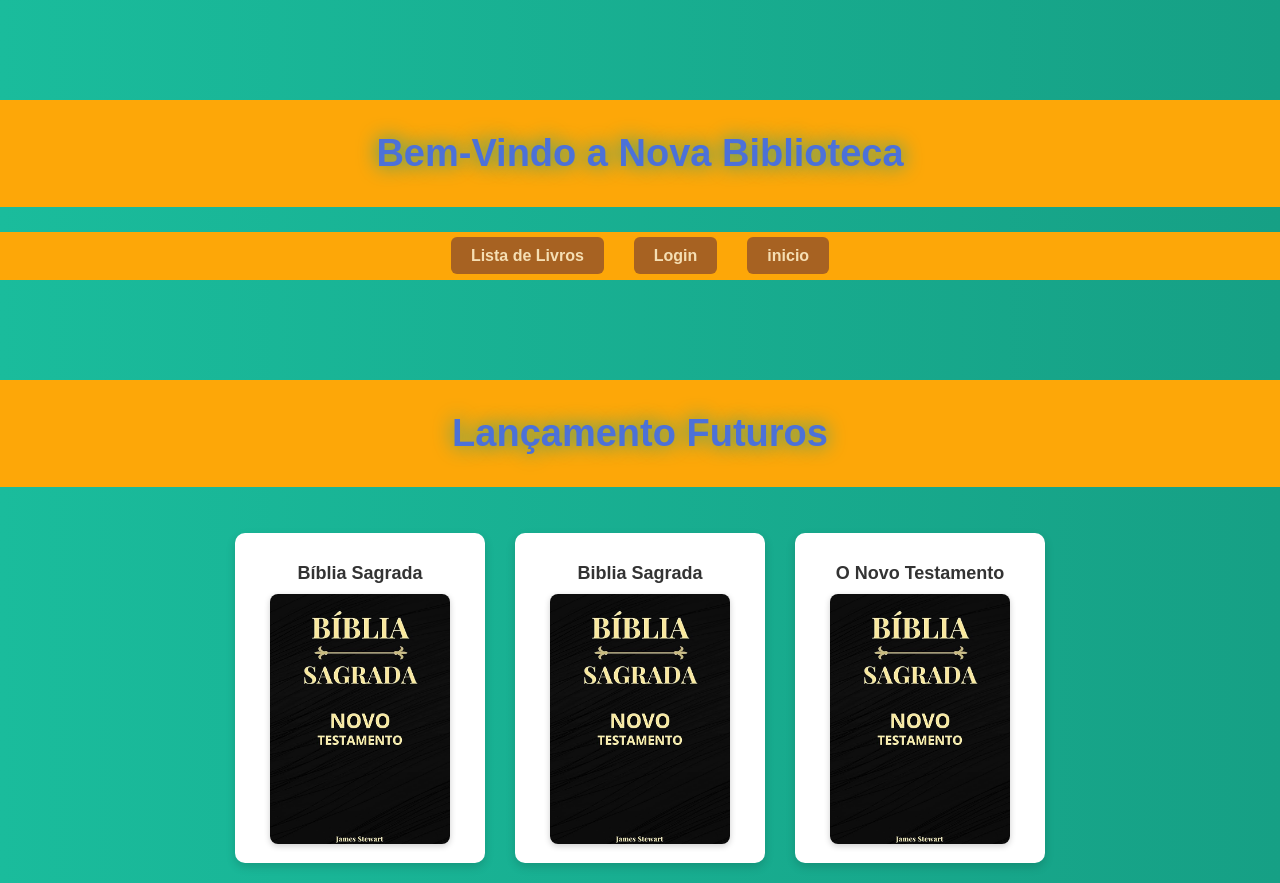
Repository: cleytonds/Biblioteca
Page: templates/Biblioteca_usuario.HTML
The author's editor kept a copy of each file at every save. The page is drawn from the files as they stood at one save, then again after the next save.
The browser window is 1280 px wide. The pictures show the whole page.

Above is the page before, as saved 2025-11-15 09:51:36.

### templates/Biblioteca_usuario.HTML
<!DOCTYPE html>
<html lang="en">
<head>
    <meta charset="UTF-8">
    <meta name="viewport" content="width=device-width, initial-scale=1.0">
    <title>Biblioteca</title>
    <link rel="stylesheet" href="../Static/indexStyle.css">
    <link rel="stylesheet" href="/Biblioteca/app.py">




</head>
<body>
    <!--inicio da pagina-->
    <h1>Bem-Vindo a Nova Biblioteca </h1>

    <al class="menu">
        <li><a href="lista_livros.HTML">Lista de Livros</a></li>
        <li><a href="login.HTML">Login</a></li>
        <li><a href="Biblioteca_usuario.HTML"> inicio</a></li>
    </al>


   <main>
        <h1>Lançamento Futuros</h1>
        <section>
         <article>
            <h2>Bíblia Sagrada</h2>
            <img src="nono.jpg" alt="Biblia sagrada">
         </article>

         <aside>
            <h2>Biblia Sagrada</h2>
            <img src="nono.jpg" alt="Biblia Sagrada">
         </aside>

         <article>
            <h2>O Novo Testamento</h2>
            <img src="nono.jpg" alt="Novo testamento">
         </article>
        </section>
   </main>


</body>
</html>

### Static/indexStyle.css
/*cor do nome principal da pagina*/
@keyframes brilho{
    0%{ text-shadow: 0 0 10px #1abc9c;}
    50%{ text-shadow: 0 0 20px #16a085;}
    100%{ text-shadow: 0 0 10px #1abc9c;}
}

@import url('https://fonts.googleapis.com/css2?family=Poppins:wght@600&family=Montserrat:wght@500&display=swap');
/*estilo da fonte*/
.titulo{
    font-family: 'montserrat',sans-serif;
}
/*estiolo dos titulos*/
h1{
    font-family:'Poppins',sans-serif;
    font-size: 38px;
    color: #4c71d8;
    text-align: center;
    margin-top: 100px;
    animation: brilho 2s infinite alternate;

}

body{
    background: linear-gradient(to right, #1abc9c, #16a085)/*cor fundo da pagina*/
}
h1{
    padding: 2rem;
    background-color: rgb(253, 167, 8);
    text-align: center;
}

button{
    display: flex;
    height: 100%;
    background-color: #eff1ef;
    color: #0000ee;
    text-align: center;
    margin-block-end: 12px;

}
body {
    margin: 0;
    font-family: Arial, sans-serif;
    background-color: #fdfdfd;

}

/*opções de menu*/
.menu{
    list-style: none; /*tira os marcadores*/
    padding: 0;
    margin: 0;
    display: flex;          /* coloca os itens lado a lado */
    justify-content: center; /* centraliza no meio da tela */
    gap: 30px;                  /* espaço entre os botões */
    background-color:  rgb(253, 167, 8);  /* cor da barra de menu */
    padding: 15px 0;

}
/*estilo dos linrs (botões)*/
.menu li a {
    text-decoration: none;
    color: wheat;
    font-weight: bold;
    padding: 10px 20px;
    border-radius: 6px;
    background-color: #a76222;
    transition: backgronud 0.3s, transform 0.2s;

}
/*Efeito houver (ao passar o mouse)*/
.menu li a:hover{
    background-color: #1abc9c;
    transform: scale(1.05);
}
body {
    background-color: #f5f5f5;
    font-family: Arial, Helvetica, sans-serif;

}
/* Estilo geral */
body {
    background-color: #f5f5f5;
    font-family: Arial, sans-serif;
    margin: 0;
    padding: 0;
}

/* A section é o container das imagens */
section {
    display: flex;                /* Coloca lado a lado */
    justify-content: center;      /* Centraliza horizontalmente */
    align-items: flex-start;      /* Alinha pelo topo */
    gap: 30px;                    /* Espaço entre os elementos */
    flex-wrap: wrap;              /* Quebra linha se a tela for pequena */
    padding: 20px;
}

/* Cada article e aside se comportam como caixinhas */
article, aside {
    background-color: white;
    border-radius: 10px;
    box-shadow: 0 4px 10px rgba(0,0,0,0.15);
    text-align: center;
    padding: 15px;
    width: 220px;                 /* Largura fixa de cada bloco */
    transition: transform 0.3s ease;
}

/* Efeito de destaque ao passar o mouse */
article:hover, aside:hover {
    transform: scale(1.05);
}

/* Título de cada livro */
h2 {
    font-size: 18px;
    color: #333;
    margin-bottom: 10px;
}

/* Estilo da imagem */
img {
    width: 180px;                 /* Diminui o tamanho da imagem */
    height: 250px;                /* Altura proporcional */
    object-fit: cover;            /* Corta imagem mantendo o formato */
    border-radius: 8px;
    box-shadow: 0 2px 6px rgba(0,0,0,0.2);
}
@media (max-width: 768px) {
    section {
        flex-direction: column;
        align-items: center;
    }

    article, aside {
        width: 80%;
    }

    img {
        width: 100%;
        height: auto;
    }
}

After the next save:
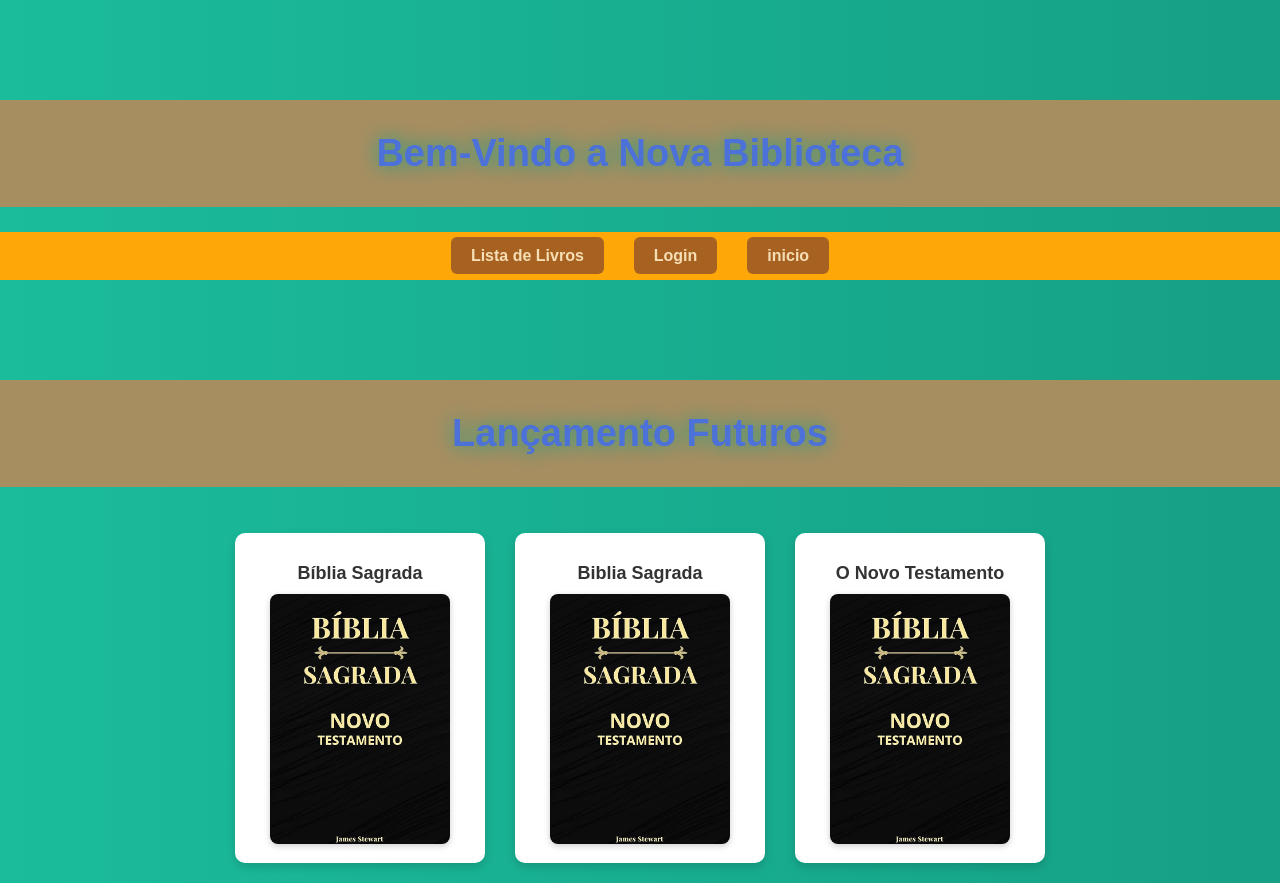
Saved 48 s later.
--- a/Static/indexStyle.css
+++ b/Static/indexStyle.css
@@ -20,13 +20,13 @@
     animation: brilho 2s infinite alternate;
 
 }
-
+/*estilo do fundo da pagina*/
 body{
     background: linear-gradient(to right, #1abc9c, #16a085)/*cor fundo da pagina*/
 }
 h1{
     padding: 2rem;
-    background-color: rgb(253, 167, 8);
+    background-color: rgb(167, 142, 97);
     text-align: center;
 }
 

After the save that followed:
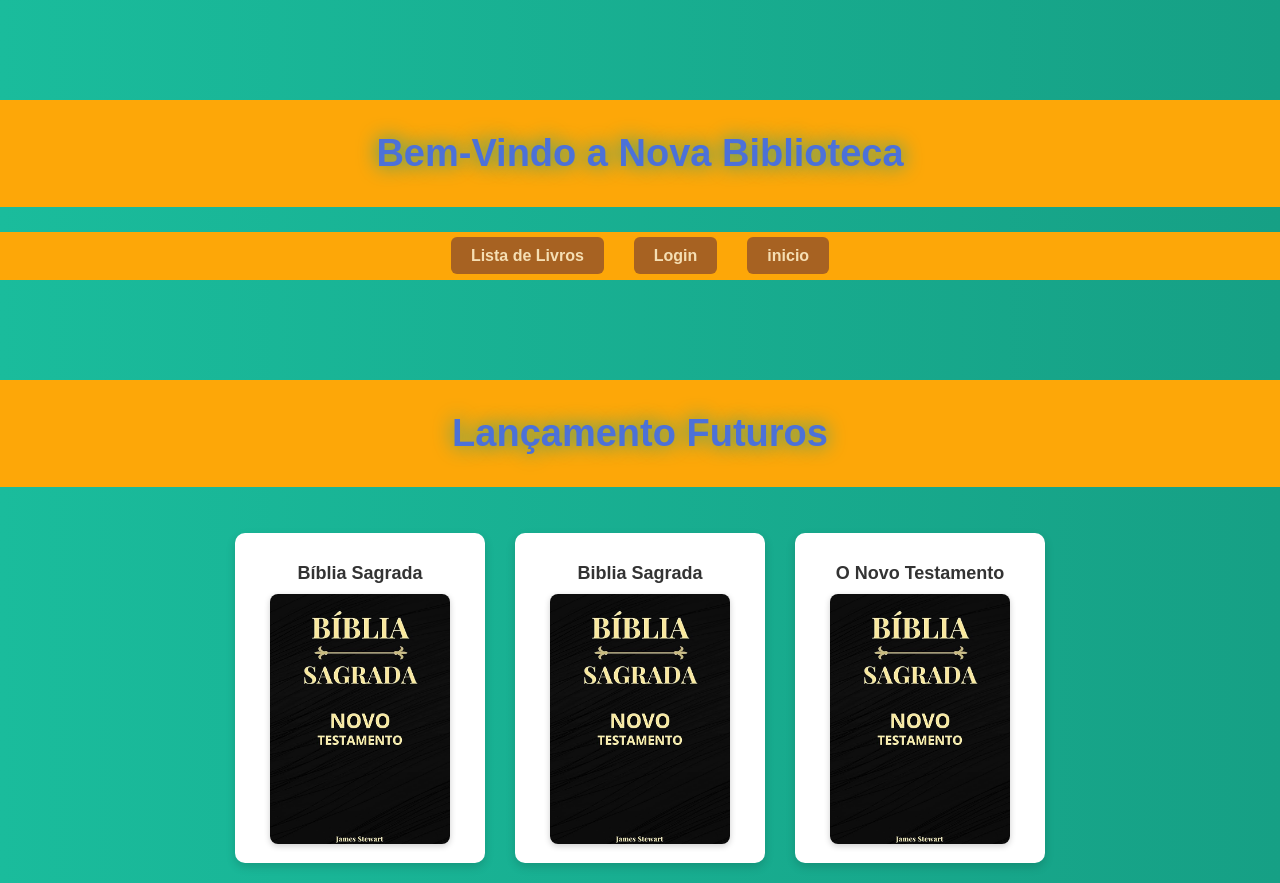
Saved 22 s later.
--- a/Static/indexStyle.css
+++ b/Static/indexStyle.css
@@ -20,13 +20,13 @@
     animation: brilho 2s infinite alternate;
 
 }
-/*estilo do fundo da pagina*/
+/*estilo do fundo da pag*/
 body{
     background: linear-gradient(to right, #1abc9c, #16a085)/*cor fundo da pagina*/
 }
 h1{
     padding: 2rem;
-    background-color: rgb(167, 142, 97);
+    background-color: rgb(253, 167, 8);
     text-align: center;
 }
 
